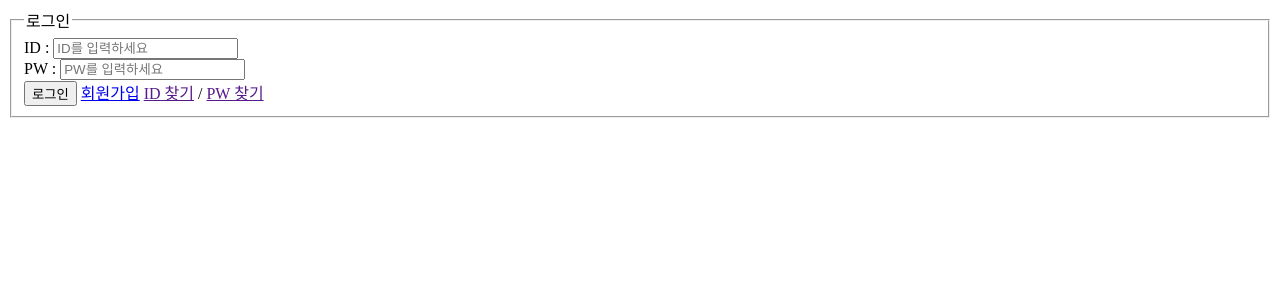
Repository: minimelody/servlet
Page: http://localhost/web2/
The author's editor kept a copy of each file at every save. The page is drawn from the files as they stood at one save, then again after the next save.
The browser window is 1280 px wide. The pictures show the whole page.
The page is served by Tomcat 9. Other server files are loaded and not shown.

Above is the page before, as saved 2018-05-28 03:17:39.

### webworkspace2/web2/WebContent/index.jsp
<%@ page language="java" contentType="text/html; charset=UTF-8"
    pageEncoding="UTF-8"%>
<%@ page import="member.model.vo.*" %>
<% Member m = (Member)session.getAttribute("user"); %>
<!DOCTYPE html PUBLIC "-//W3C//DTD HTML 4.01 Transitional//EN" "http://www.w3.org/TR/html4/loose.dtd">
<html>
<head>
<meta http-equiv="Content-Type" content="text/html; charset=UTF-8">
<title>메인 페이지</title>
</head>
<body>
<% if(m==null) {%>
	<fieldset>
		<legend>로그인</legend>
		<form action="login" method="post" style="display:inline;">
			ID : <input type="text" placeholder="ID를 입력하세요" name="userId"><br>
			PW : <input type="password" placeholder="PW를 입력하세요" name="userPwd"><br>
			<input type="submit" value="로그인">
		</form>
		<a href="views/member/joinus.html">회원가입</a>
		<a href="">ID 찾기</a> /
		<a href="">PW 찾기</a>
	</fieldset>
<% }else{ %>
	[<%=m.getUserName() %>]님 환영 합니다<br>
	<lable onclick="myInfo();" id="infoBtn">마이페이지</lable>
	<form action="myPage" method="post" style="display:none;" id="myInfo">
		<label style="color:red;">비밀번호 입력 : </label>
		<input type="password" name="userPwd">
		<input type="submit" value="확인">
	</form>
	<br>
	<a href="logout">로그아웃</a><br>
	<a href="delete">회원탈퇴</a><br>
	<% if(m.getUserId().equals("admin")){%>
		<a href="allMember">전체회원조회</a>
	<% } %>

<% } %>

	<style>
		#infoBtn{
			cursor:pointer;
			text-decoration:underline;
			color:blue;
		}
	</style>
	<script>
		function myInfo(){
			document.getElementById("myInfo").style="display:inline";
		}
	</script>
</body>
</html>

After the next save:
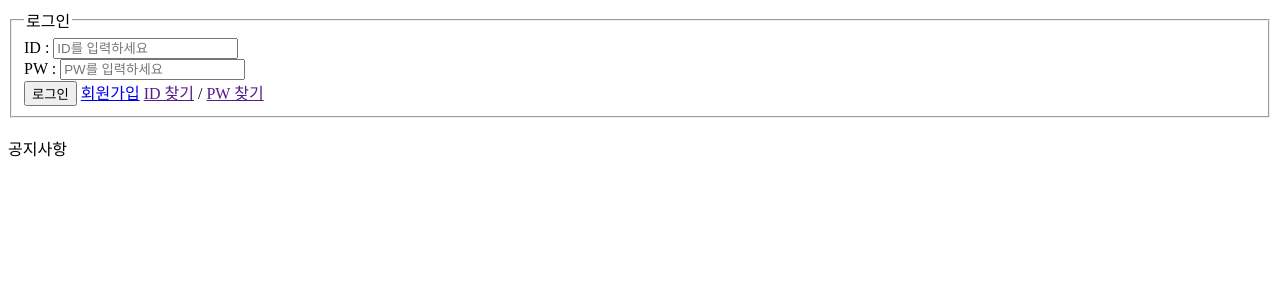
Saved 116 min 42 s later.
--- a/webworkspace2/web2/WebContent/index.jsp
+++ b/webworkspace2/web2/WebContent/index.jsp
@@ -36,8 +36,9 @@
 		<a href="allMember">전체회원조회</a>
 	<% } %>
 
-<% } %>
-
+	<% } %>
+	<br>
+	공지사항
 	<style>
 		#infoBtn{
 			cursor:pointer;
